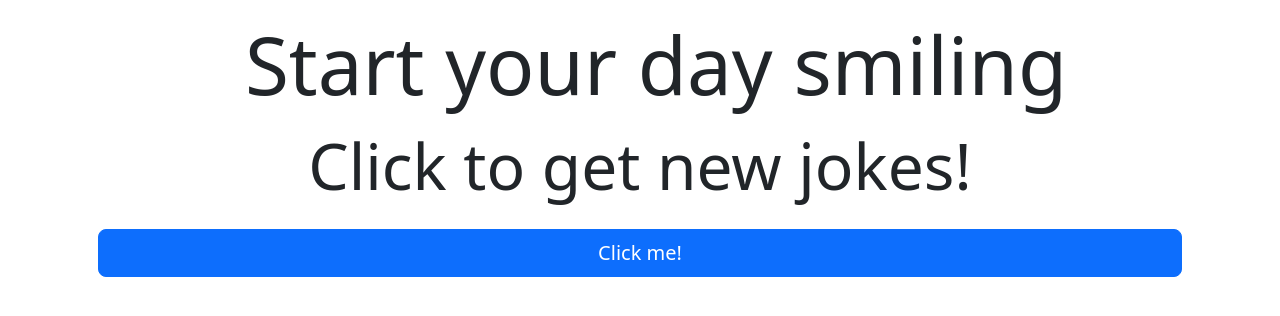
Repository: danieltikamori/wdb
Page: projects/Joke Machine/index.html
An editor plug-in stored every save of this project. The page is shown before and after the next save, followed by the edit.
The browser window is 1280 px wide. The pictures show the whole page.
Some web libraries are served in a nearby version.

Above is the page before, as saved 2023-01-28 18:13:43.

After the next save:
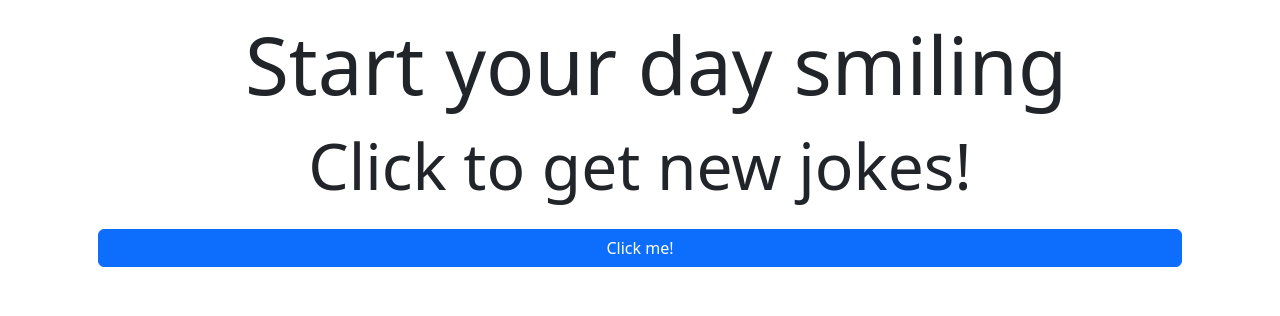
Saved 30 s later.
--- a/projects/Joke Machine/index.html
+++ b/projects/Joke Machine/index.html
@@ -11,7 +11,7 @@
   <div class="container text-center">
     <h1 class="m-3 container-fluid display-1">Start your day smiling</h1>
     <h2 class="container-fluid display-3">Click to get new jokes!</h2>
-    <div class="d-grid gap-2"><button id="jokeButton" class="btn btn-primary btn-lg m-3">Click me!</button></div>
+    <div class="d-grid gap-2"><button id="jokeButton" class="btn btn-primary m-3">Click me!</button></div>
     <ul id="jokes"></ul>
   </div>
 

After the 3 saves that followed:
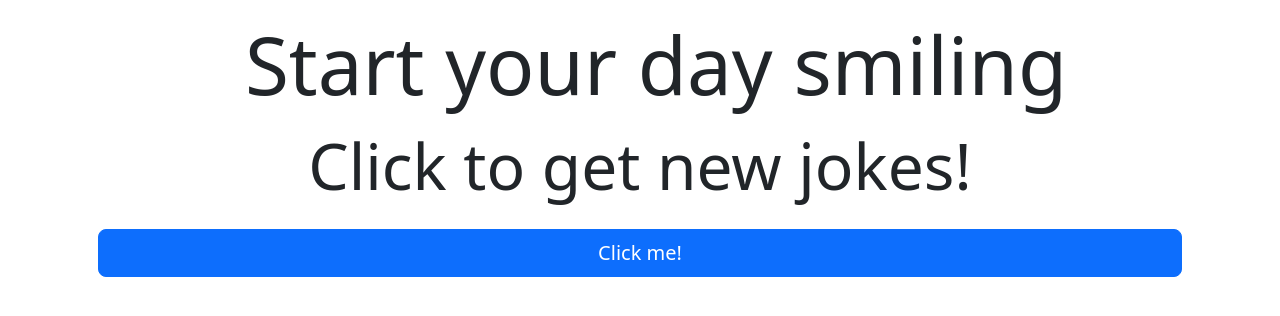
The 3 saves are shown as one change because they came seconds apart.
The last was saved 14 s later.
--- a/projects/Joke Machine/index.html
+++ b/projects/Joke Machine/index.html
@@ -11,7 +11,7 @@
   <div class="container text-center">
     <h1 class="m-3 container-fluid display-1">Start your day smiling</h1>
     <h2 class="container-fluid display-3">Click to get new jokes!</h2>
-    <div class="d-grid gap-2"><button id="jokeButton" class="btn btn-primary m-3">Click me!</button></div>
+    <div class="d-grid"><button id="jokeButton" class="btn btn-primary btn-lg m-3">Click me!</button></div>
     <ul id="jokes"></ul>
   </div>
 
